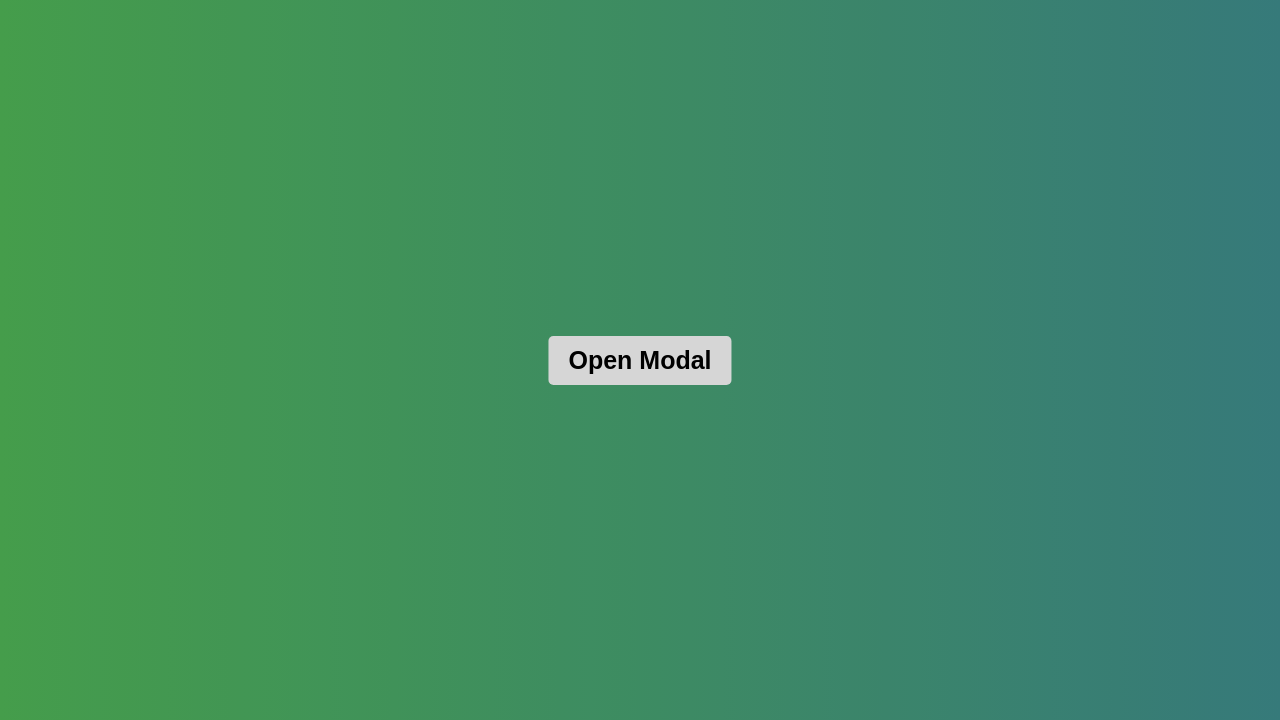
Repository: congnt98/Lean-javascript-in-project
Page: 30Days/3_Modal/index.html
These files come from the project's save history. The page is drawn as it stood at one moment and after a run of saves; the edit follows.
The browser window is 1280 px wide. The pictures show the whole page.

Above is the page before, as saved 2024-02-16 16:30:10.

### 30Days/3_Modal/index.html
<!DOCTYPE html>
<html lang="en">

<head>
    <meta charset="UTF-8">
    <meta name="viewport" content="width=device-width, initial-scale=1.0">
    <title>Product Card</title>
    <link rel="stylesheet" href="./style.css">
    <link href='https://unpkg.com/boxicons@2.1.4/css/boxicons.min.css' rel='stylesheet'>
    <link
        href="https://fonts.googleapis.com/css2?family=Poppins:ital,wght@0,100;0,200;0,300;0,400;0,500;0,600;0,700;0,800;0,900;1,100;1,200;1,300;1,400;1,500;1,600;1,700;1,800;1,900&display=swap"
        rel="stylesheet">
    <link rel="stylesheet" href="https://cdnjs.cloudflare.com/ajax/libs/font-awesome/6.5.1/css/all.min.css">
</head>

<body>
    <div class="warapper">
        <button class="btn-modal-open">
            Open Modal
        </button>
        <div class="modal">
            <div class="modal__inner">
                <div class="modal__header"></div>
                <div class="modal__body"></div>
                <div class="modal__footer"></div>
            </div>
        </div>
    </div>
    <script src="./app.js"></script>
</body>

</html>

### 30Days/3_Modal/style.css
:root {
    --primary-color: #f2726a;
}

* {
    margin: 0;
    padding: 0;
    box-sizing: border-box;
}

body {
    min-height: 100vh;
    background: linear-gradient(to right, #4daf54, #3d8888);
    display: flex;
    justify-content: center;
    align-items: center;
    font-family: "poppins";
}

.warapper {
    max-width: 1200px;
    margin: 0 auto;
    width: 100%;
}

.btn-modal-open {
    display: inline-block;
    position: relative;
    left: 50%;
    transform: translateX(-50%);
    padding: 10px 20px;
    border-radius: 5px;
    outline: none;
    border: none;
    font-size: 25px;
    font-weight: 700;
}


.modal__inner {
    position: fixed;
    top: 0;
    right: 0;
    bottom: 0;
    left: 0;
    background-color: #000;
    opacity: 0.1;
}

.modal__header {}

.modal__body {}

.modal__footer {}

Loaded but not shown: 30Days/3_Modal/app.js (no copy from this time; the picture is the same without it)

After the next 2 saves:
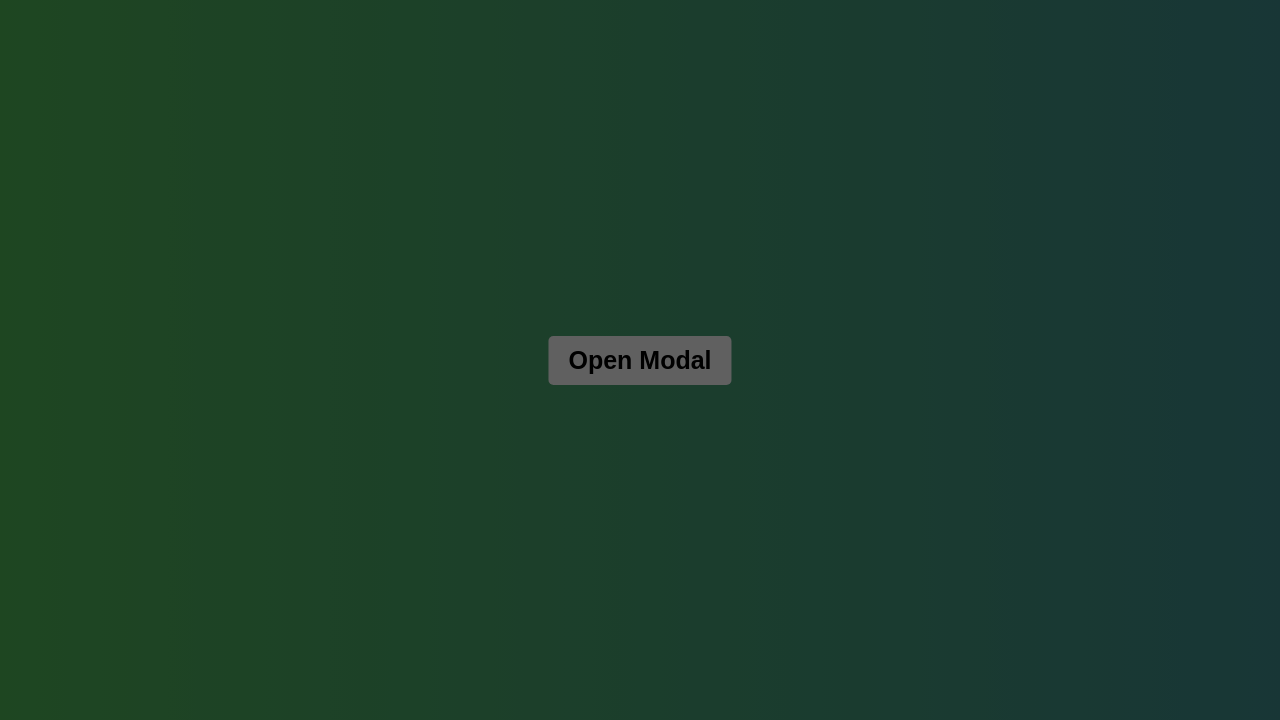
The 2 saves are shown as one change because they came seconds apart.
The last was saved 8 s later.
--- a/30Days/3_Modal/style.css
+++ b/30Days/3_Modal/style.css
@@ -44,7 +44,7 @@ body {
     bottom: 0;
     left: 0;
     background-color: #000;
-    opacity: 0.1;
+    opacity: 0.6;
 }
 
 .modal__header {}
